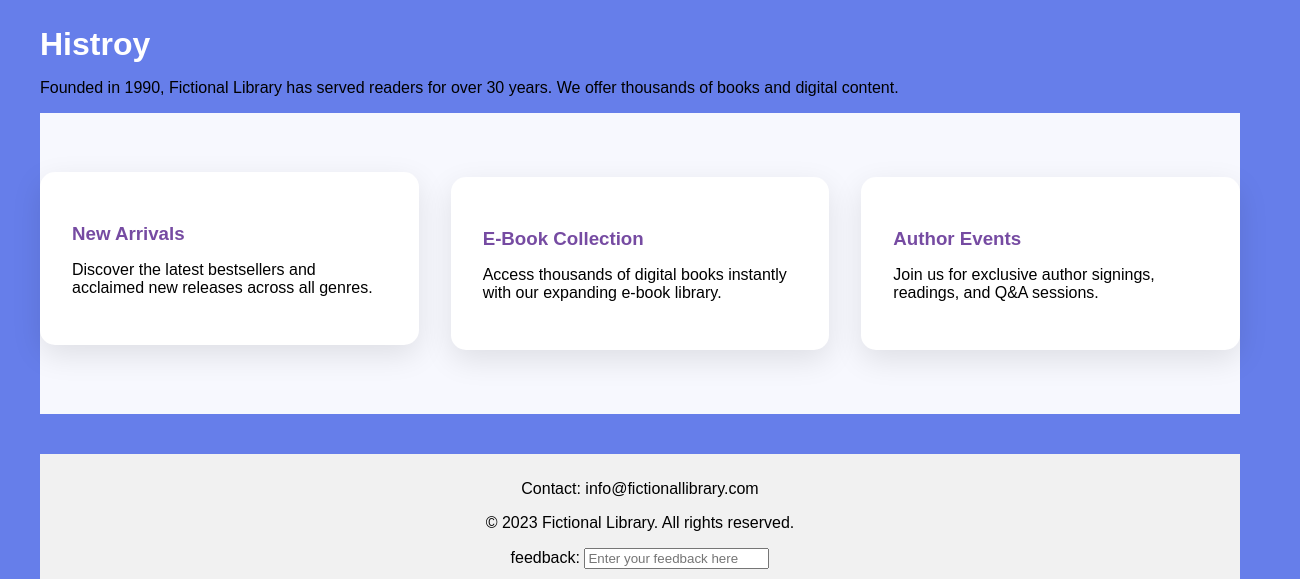
Repository: Ibrahim-Abohola/BookStore
Page: index.html
An editor plug-in stored every save of this project. The page is shown before and after a run of saves, followed by the edit.
The browser window is 1280 px wide. The page is 1300 px wide, so the pictures cover 1300 px, including what lies to the right of the window. The pictures show the part of the page from y = 232 to 811 px (the page is 811 px tall).
The pointer rests on the first visible `.highlight-card`.

Above is the page before, as saved 2025-07-16 00:34:03.

### index.html
<!DOCTYPE html>
<html lang="en">
    <head>
    <meta charset="UTF-8">
    <meta name="viewport" content="width=device-width, initial-scale=1.0">
    <title>Bookstore</title>
    <link rel="stylesheet" href="styles.css">
    </head>
    <body>
        <nav class="top-nav">
    <ul>
      <li><a href="Homepage.html">Home</a></li>
      <li><a href="catalog.html">Catalog</a></li>
      <li><a href="purchase.html">Purchase</a></li>
      <li><a href="signin.html">Sign In</a></li>
    </ul>
  </nav>
        <div class = "container">
        <header class = "hero">
            <h1>Welcome to Our Fictional Library</h1>
            <p>Your one-stop shop for all your reading needs!</p>
            <!--img src="bookstore.jpg" alt="Bookstore Image" class="hero-image"-->
        </header>
        <section class = "intro">
                <h2>Histroy</h2>
                    <p>Founded in 1990, Fictional Library has served readers for over 30 years. We offer thousands of books and digital content.</p>
        </section>
        <section class = "highlights">
            <div class="highlight-grid">
                    <div class="highlight-card">
                        <h3>New Arrivals</h3>
                        <p>Discover the latest bestsellers and acclaimed new releases across all genres.</p>
                    </div>
                    <div class="highlight-card">
                        <h3>E-Book Collection</h3>
                        <p>Access thousands of digital books instantly with our expanding e-book library.</p>
                    </div>
                    <div class="highlight-card">
                        <h3>Author Events</h3>
                        <p>Join us for exclusive author signings, readings, and Q&A sessions.</p>
            </div>
        </section>
        <footer>
            <p>Contact: info@fictionallibrary.com</p>
            <p>&copy; 2023 Fictional Library. All rights reserved.</p>
            <form action="#">
                <label for="feedback">feedback:</label>
                <input type="text" id="feedback" name="feedback" placeholder="Enter your feedback here">
            </form>
        </footer>
        </div>

    </body>
</html>

### styles.css
body {
    font-family: sans-serif;
    margin: 0;
    padding: 0;
    background-color: #667eea;
}

.container {
    max-width: 1200px;
    margin: 0 auto;
    padding: 0 20px;
}

h2 {
    color: white;
    font-size: 2rem;
    margin-bottom: 1rem;
}
nav {
    background: rgba(255, 255, 255, 0.95);
    backdrop-filter: blur(10px);
    padding: 1rem 0;
    position: fixed;
    width: 100%;
    top: 0;
    z-index: 1000;
}
nav.top-nav {
  display: flex;
  justify-content: flex-end;
  background: white;
  padding: 10px;
  position: sticky;
  top: 0;
  z-index: 1000;
}
nav.top-nav ul {
  display: flex;
  margin: 0;
  padding: 0;
}
nav.top-nav ul li {
  margin-left: 15px;
}
nav.top-nav ul li a {
  color: black;
  font-weight: bold;
  padding: 8px 12px;
}
nav.top-nav ul li a:hover {
  background-color: #147749ea;
  border-radius: 4px;
}

nav .container {
    display: flex;
    justify-content: space-between;
    align-items: center;
}

nav ul {
    display: flex;
    list-style: none;
    background:white;
    padding: 10px;
}

nav ul li a {
    color: white;
    margin: 0 10px;
    text-decoration: none;
}

.hero {
    background: url('images/banner.jpg') center/cover;
    color: white;
    padding: 40px;
    text-align: center;
}

.highlights {
    padding: 4rem 0;
    background: rgba(255, 255, 255, 0.95);
}

.highlights h2 {
    text-align: center;
    margin-bottom: 3rem;
    color: #764ba2;
    font-size: 2.5rem;
}

.highlight-grid {
    display: grid;
    grid-template-columns: repeat(auto-fit, minmax(300px, 1fr));
    gap: 2rem;
}

.highlight-card {
    background: white;
    padding: 2rem;
    border-radius: 15px;
    box-shadow: 0 10px 30px rgba(0, 0, 0, 0.1);
    transition: transform 0.3s ease;
}

.highlight-card:hover {
    transform: translateY(-5px);
}

.highlight-card h3 {
    color: #764ba2;
    margin-bottom: 1rem;
}

.signin-container {
    display: flex;
    justify-content: center;
    align-items: center;
    min-height: calc(100vh - 80px);
}

.signin-form {
    background: rgba(255, 255, 255, 0.95);
    padding: 3rem;
    border-radius: 20px;
    box-shadow: 0 15px 35px rgba(0, 0, 0, 0.1);
    width: 100%;
    max-width: 400px;
    backdrop-filter: blur(10px);
}

.signin-form h2 {
    text-align: center;
    margin-bottom: 2rem;
    color: #764ba2;
    font-size: 2rem;
}

.form-group {
    margin-bottom: 1.5rem;
}

.form-group label {
    display: block;
    margin-bottom: 0.5rem;
    font-weight: 500;
}

.form-group input {
    width: 100%;
    padding: 0.8rem;
    border: 2px solid #e0e0e0;
    border-radius: 10px;
    font-size: 1rem;
    transition: border-color 0.3s ease;
}

.form-group input:focus {
    outline: none;
    border-color: #764ba2;
}

.signin-btn {
    width: 100%;
    padding: 1rem;
    background: linear-gradient(135deg, #667eea 0%, #764ba2 100%);
    color: white;
    border: none;
    border-radius: 10px;
    font-size: 1.1rem;
    font-weight: 600;
    cursor: pointer;
    transition: transform 0.3s ease;
}

.signin-btn:hover {
    transform: translateY(-2px);
}

.catalog {
    display: flex;
    flex-wrap: wrap;
    gap: 20px;
    padding: 20px;
}

.catalog-header {
    padding: 2rem 0;
    background: rgba(255, 255, 255, 0.95);
    text-align: center;
}

.catalog-header h1 {
    color: #764ba2;
    font-size: 2.5rem;
    margin-bottom: 1rem;
}

.books-grid {
    display: grid;
    grid-template-columns: repeat(auto-fit, minmax(300px, 1fr));
    gap: 2rem;
    padding: 2rem 0;
}

.book-card {
    background: rgba(255, 255, 255, 0.95);
    border-radius: 15px;
    overflow: hidden;
    box-shadow: 0 10px 30px rgba(0, 0, 0, 0.1);
    transition: transform 0.3s ease;
}

.book-card:hover {
    transform: translateY(-5px);
}

.book-cover {
    width: 100%;
    height: 300px;
    background: linear-gradient(135deg, #667eea, #764ba2);
    display: flex;
    align-items: center;
    justify-content: center;
    color: white;
    font-size: 1.2rem;
    font-weight: bold;
}

.book-info {
    padding: 1.5rem;
}

.book-title {
    font-size: 1.3rem;
    font-weight: bold;
    margin-bottom: 0.5rem;
    color: #333;
}

.book-author {
    color: #666;
    margin-bottom: 0.5rem;
}

.book-genre {
    background: #764ba2;
    color: white;
    padding: 0.3rem 0.8rem;
    border-radius: 20px;
    font-size: 0.9rem;
    display: inline-block;
    margin-bottom: 1rem;
}

.availability {
    font-weight: bold;
    margin-bottom: 1rem;
}

.available {
    color: #28a745;
}

.unavailable {
    color: #dc3545;
}

.purchase-btn {
    width: 100%;
    padding: 0.8rem;
    background: linear-gradient(135deg, #667eea, #764ba2);
    color: white;
    border: none;
    border-radius: 10px;
    font-weight: 600;
    cursor: pointer;
    transition: transform 0.3s ease;
}

.purchase-btn:hover {
    transform: translateY(-2px);
}

.purchase-btn:disabled {
    background: #ccc;
    cursor: not-allowed;
    transform: none;
}

.purchase-container {
    padding: 2rem 0;
    min-height: calc(100vh - 80px);
}

.purchase-content {
    display: grid;
    grid-template-columns: 1fr 1fr;
    gap: 3rem;
    max-width: 1000px;
    margin: 0 auto;
}

.book-details {
    background: rgba(255, 255, 255, 0.95);
    padding: 2rem;
    border-radius: 15px;
    box-shadow: 0 10px 30px rgba(0, 0, 0, 0.1);
}

.purchase-form-container {
    background: rgba(255, 255, 255, 0.95);
    padding: 2rem;
    border-radius: 15px;
    box-shadow: 0 10px 30px rgba(0, 0, 0, 0.1);
}

.purchase-form h2 {
    color: #764ba2;
    margin-bottom: 1.5rem;
}

.price {
    font-size: 1.5rem;
    font-weight: bold;
    color: #764ba2;
    margin: 1rem 0;
}

.book {
    border: 1px solid #ccc;
    padding: 10px;
    width: calc(33.333% - 40px);
}

footer {
    margin-top: 40px;
    padding: 10px;
    background: #f1f1f1;
    text-align: center;
}

After the next 2 saves:
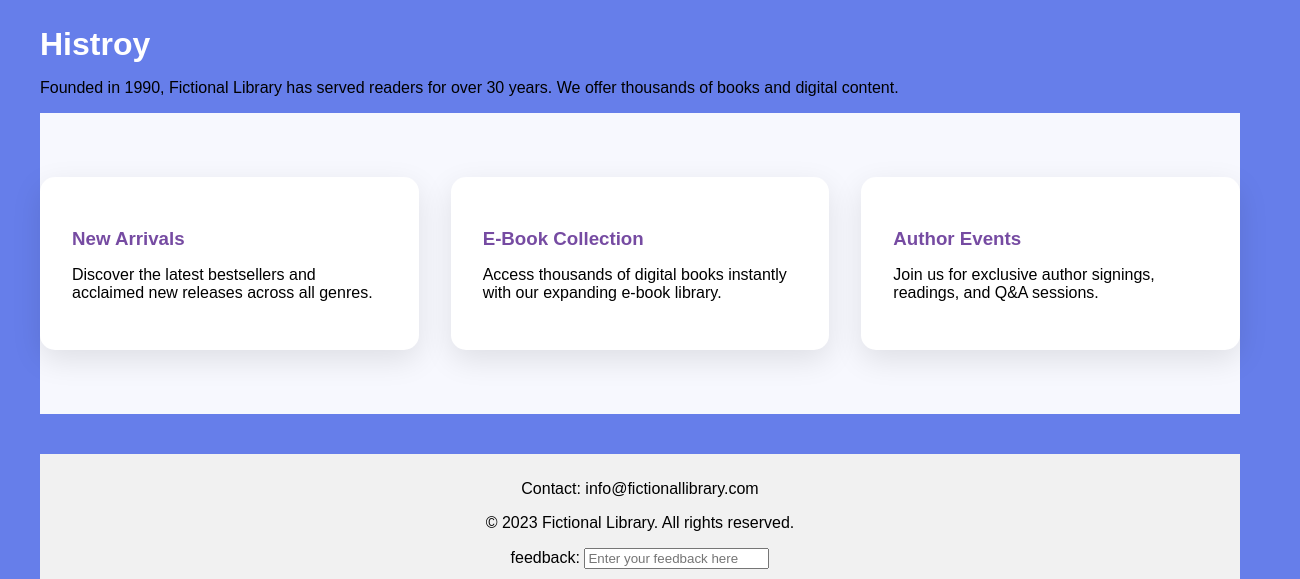
The 2 saves are shown as one change because they came seconds apart.
The last was saved 113 s later.
--- a/styles.css
+++ b/styles.css
@@ -104,9 +104,6 @@ nav ul li a {
     transition: transform 0.3s ease;
 }
 
-.highlight-card:hover {
-    transform: translateY(-5px);
-}
 
 .highlight-card h3 {
     color: #764ba2;
